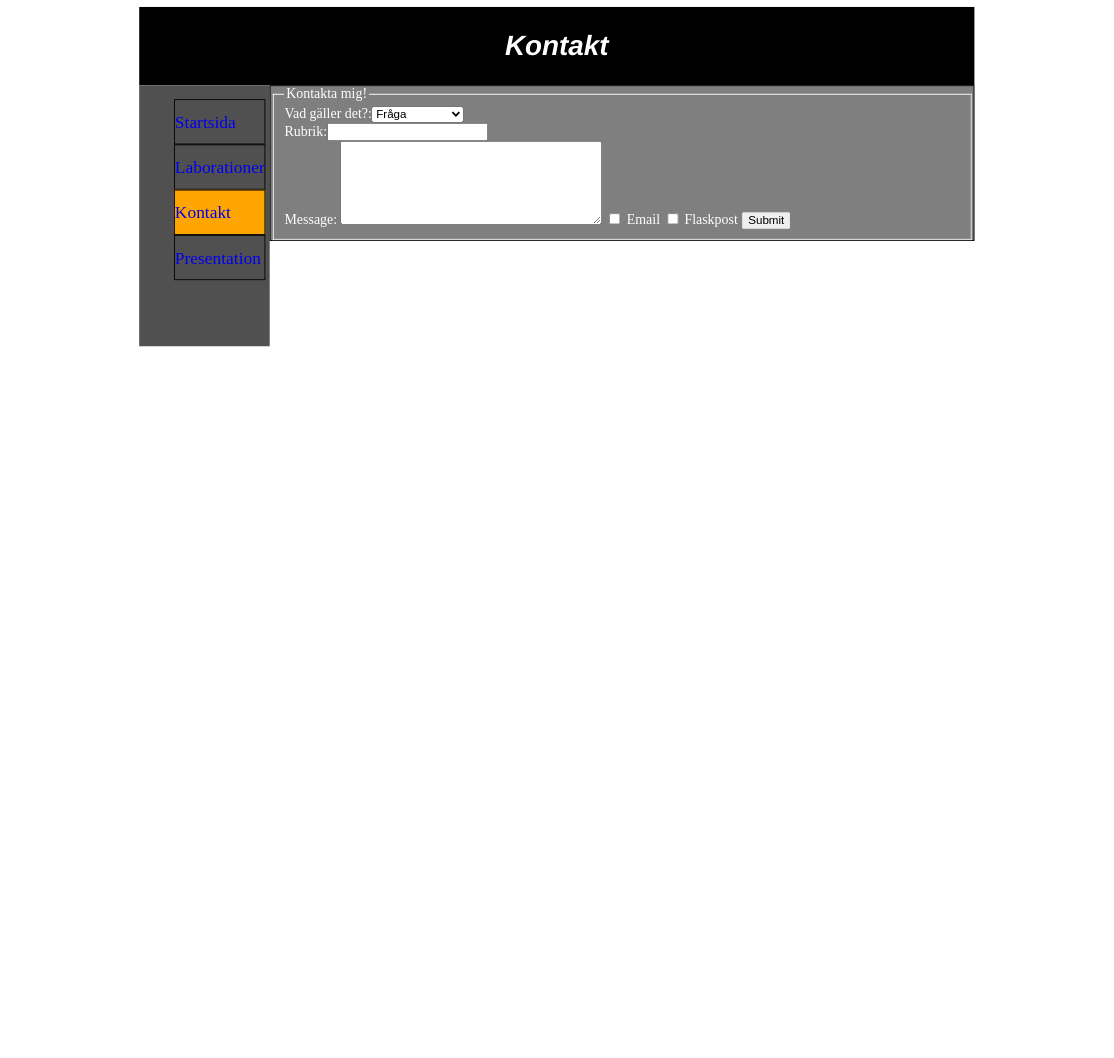
Repository: ac222jv/1IK415-Laborationer
Page: Pages/Kontakt.html
The author's editor kept a record of every edit. The page is drawn from the files as they stood at one moment, then again after the next edit.
The browser window is 1280 px wide. The pictures show the whole page, at 87% of full size.

Above is the page before.

After the next edit:
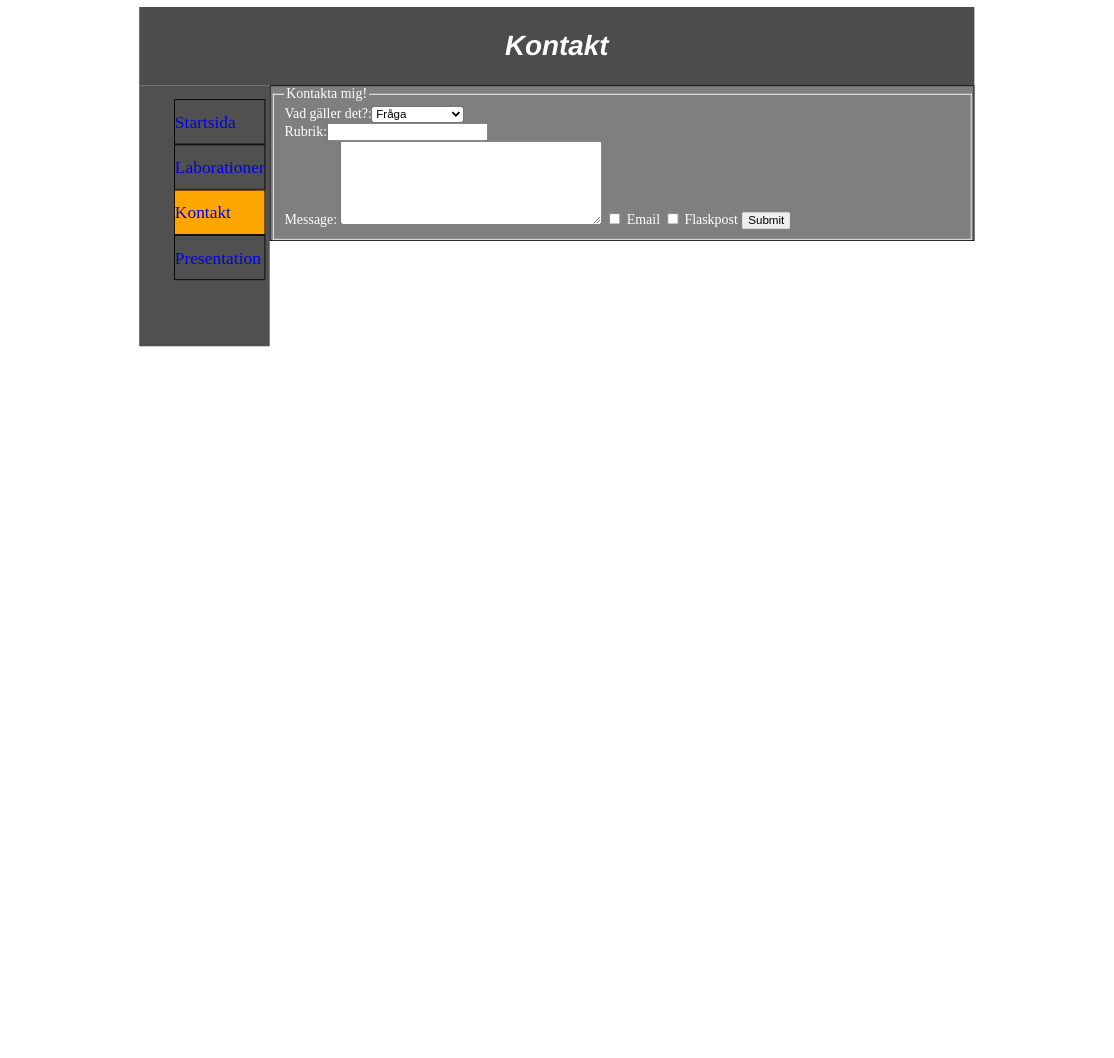
The edit:
--- a/css/pics/Style.css
+++ b/css/pics/Style.css
@@ -37,7 +37,7 @@
 }
 
 #headpress{
-     background-color:black;
+     background-color:rgba(0, 0, 0, 0.7);
      color:white;
      text-align:center;
      padding:5px;
